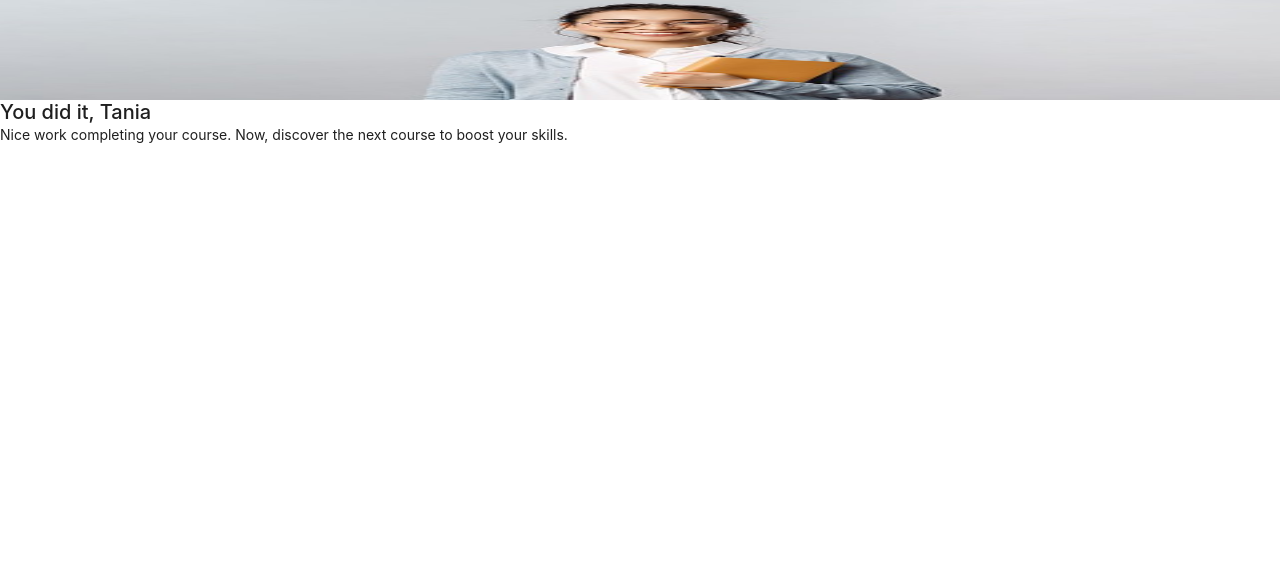
Repository: Taniafdes/newProject
Page: /home/home
These files come from the project's save history. The page is drawn as it stood at one moment and after the next save; the edit follows.
The browser window is 1280 px wide. The pictures show the whole page.
The project was rebuilt for these pictures with package versions that can differ from the ones it lists, and the page was loaded fresh each time. The framework's server and built-in components were replaced by stand-ins that run in the browser. Also part of the build but not shown: next.config.js.

Above is the page before, as saved 2023-06-15 17:02:33.

### pages/_app.js
import Head from "next/head";
import Script from "next/script";
import 'bootstrap/dist/css/bootstrap.css'
import 'bootstrap/dist/css/bootstrap.min.css'
function MyApp({ Component, pageProps }) {
  return (
    <>
      <Head>
        <meta name="viewport" content="width=device-width, initial-scale=1" />
      </Head>

      <Script
        src="https://cdn.jsdelivr.net/npm/bootstrap@5.0.0-beta1/dist/js/bootstrap.bundle.min.js"
        integrity="sha384-ygbV9kiqUc6oa4msXn9868pTtWMgiQaeYH7/t7LECLbyPA2x65Kgf80OJFdroafW"
        crossOrigin="anonymous"
      />
      <Component {...pageProps} />
    </>
  );
}
export default MyApp;

### pages/home/home.js
import { Carousel } from 'antd';
import { Card } from 'react-bootstrap';
import Image from 'next/image';

const Home = () => {
  const onChange = (currentSlide) => {
    console.log(currentSlide);
  };
  return (
    <Carousel afterChange={onChange}>
      <div>
        <Image src='/images/image1.jpg' width={0} height={0} style={{ width: '100%', height: '100px' }}/>
        <Card.Body>
        <Card.Title>You did it, Tania</Card.Title>
        <Card.Text>
        Nice work completing your course. Now, discover the next course to boost your skills.
        </Card.Text>
      </Card.Body>
      </div>
      <div>
      <Image src='/images/image2.jpg' width={0} height={0} style={{ width: '100%', height: '100px' }}/>
        <Card.Body>
        <Card.Title>We missed you, Tania</Card.Title>
        <Card.Text>Get back on track and achieve your goals. 5–10 minutes a day will do.
        </Card.Text>
      </Card.Body>
      </div>
      <div>
      <Image src='/images/image3.jpg' width={0} height={0} style={{ width: '100%', height: '100px' }}/>
        <Card.Body>
        <Card.Title>Skills for your future</Card.Title>
        <Card.Text>Expand your potential with a course for as little as ₹529. Sale ends June 16.
        </Card.Text>
      </Card.Body>
      </div>
    </Carousel>
  );
};
export default Home;

After the next save:
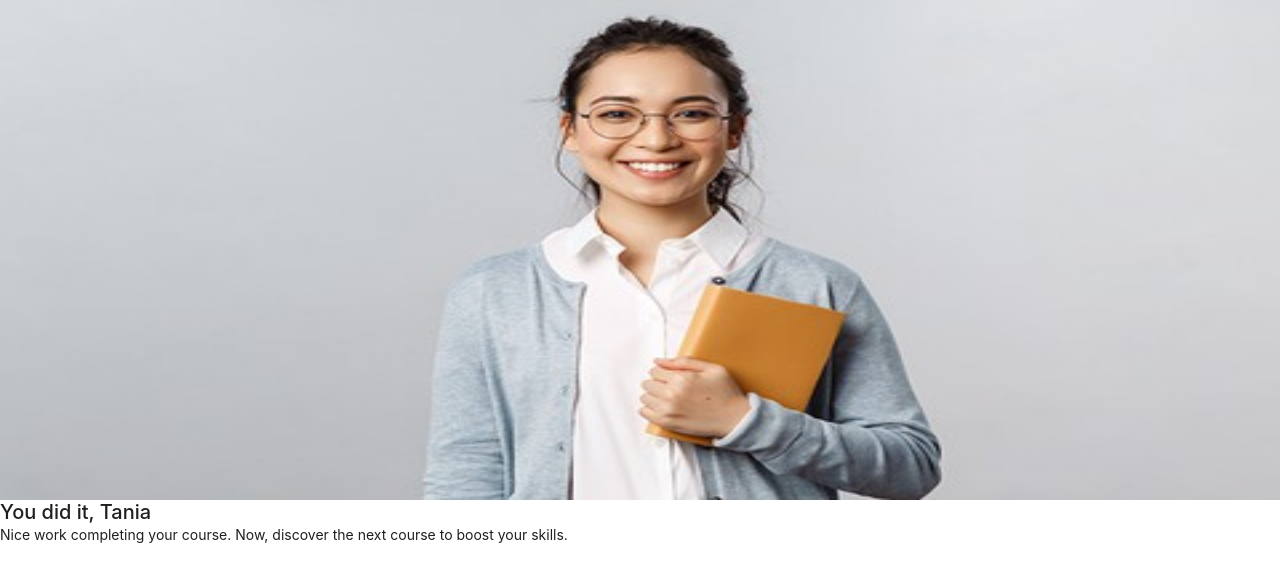
Saved 16 s later.
--- a/pages/home/home.js
+++ b/pages/home/home.js
@@ -9,7 +9,7 @@
   return (
     <Carousel afterChange={onChange}>
       <div>
-        <Image src='/images/image1.jpg' width={0} height={0} style={{ width: '100%', height: '100px' }}/>
+        <Image src='/images/image1.jpg' width={0} height={0} style={{ width: '100%', height: '500px' }}/>
         <Card.Body>
         <Card.Title>You did it, Tania</Card.Title>
         <Card.Text>
